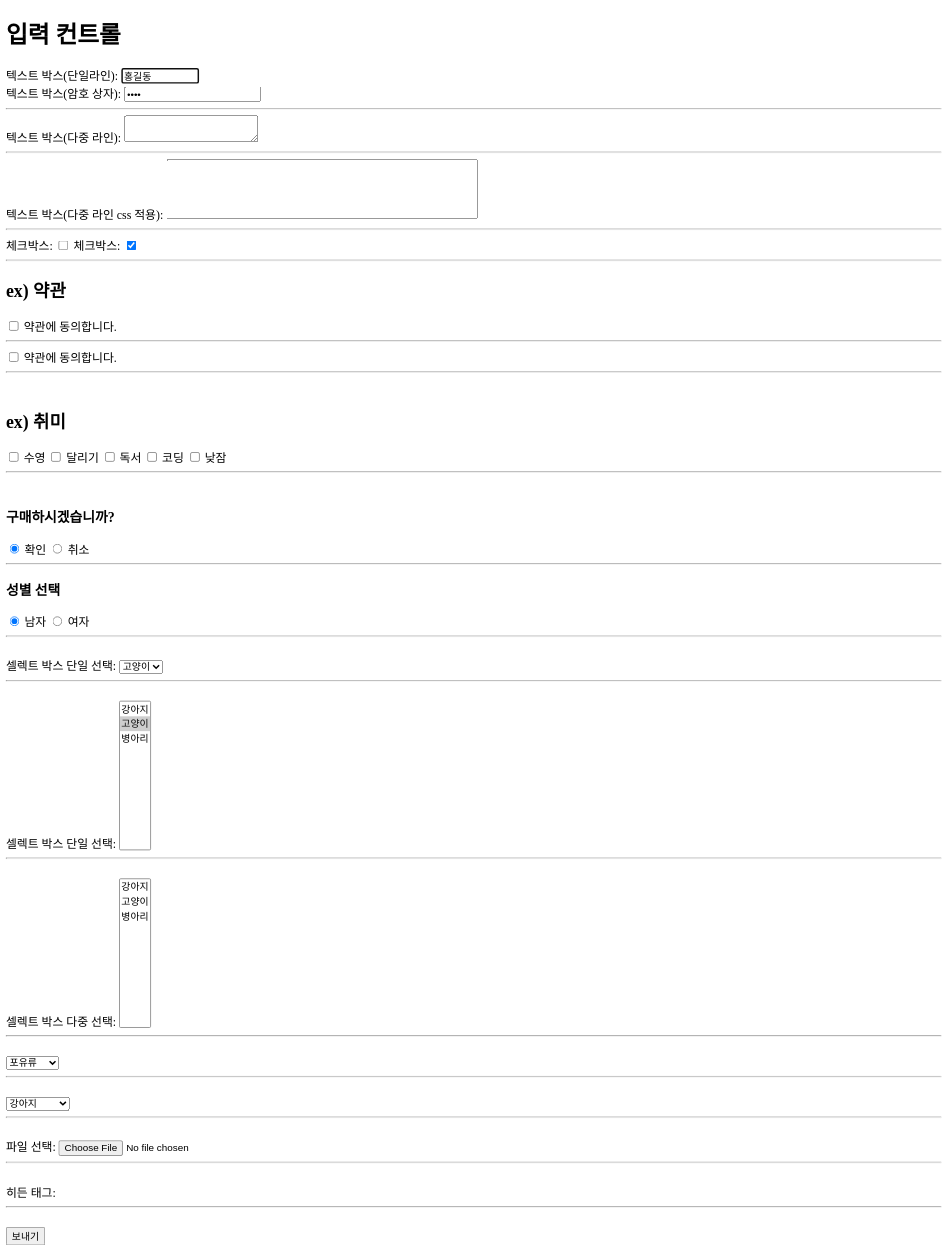
Repository: sungken/htmlProject
Page: ClientTest/src/main/webapp/html/ex19_form.html
An editor plug-in stored every save of this project. The page is shown before and after the next save, followed by the edit.
The browser window is 1280 px wide. The pictures show the whole page, at 74% of full size.

Above is the page before, as saved 2024-03-14 02:08:58.

After the next save:
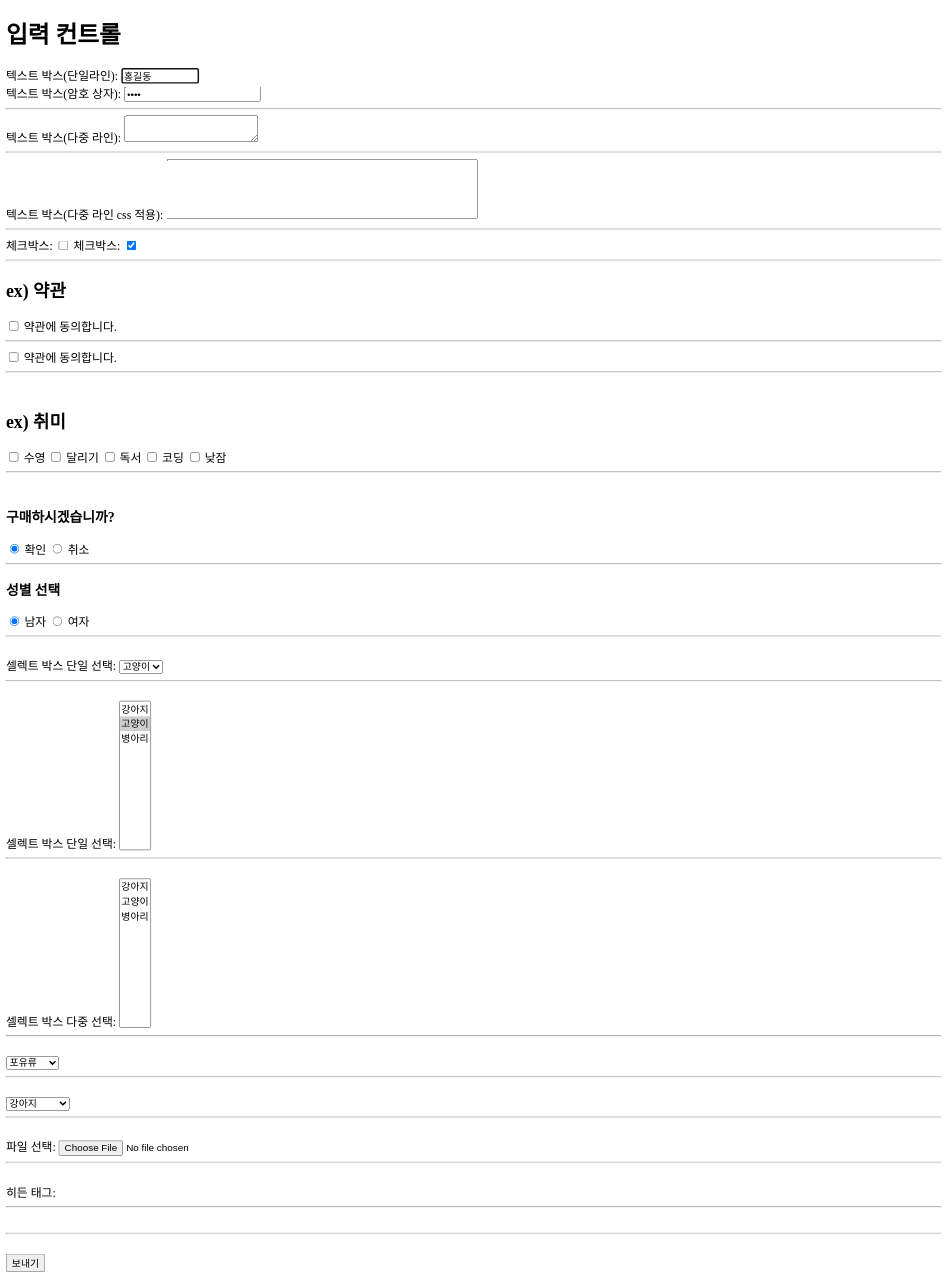
Saved 33 s later.
--- a/ClientTest/src/main/webapp/html/ex19_form.html
+++ b/ClientTest/src/main/webapp/html/ex19_form.html
@@ -233,6 +233,18 @@
 
 		<hr>
 		<br>
+<!--
+
+	버튼류
+	-
+
+ -->
+
+
+
+
+		<hr>
+		<br>
 
 		<input type="submit" value="보내기">
 
